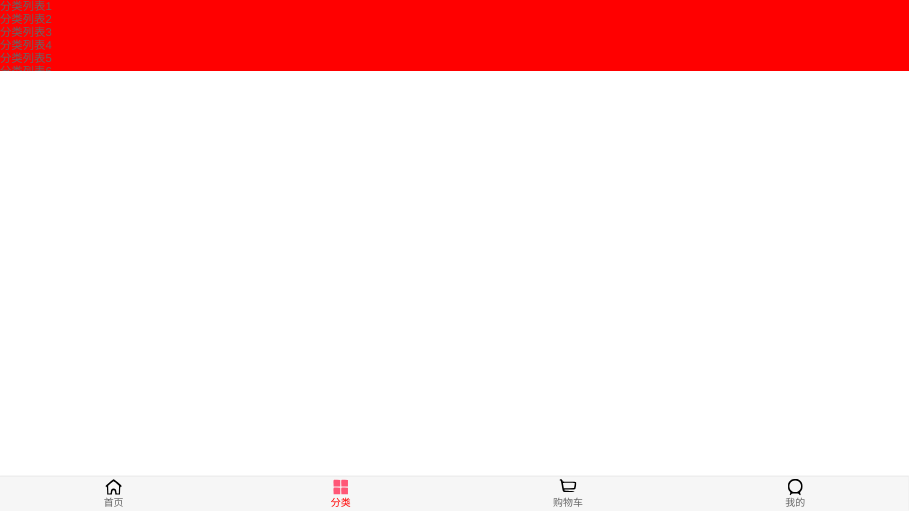
Repository: 2074623967/mymall
Page: /category
These files come from the project's save history. The page is drawn as it stood at one moment and after the next save; the edit follows.
The browser window is 1280 px wide. The pictures show the whole page, at 71% of full size.
The project was rebuilt for these pictures with package versions that can differ from the ones it lists, and the page was loaded fresh each time. Also part of the build but not shown: vue.config.js.

Above is the page before, as saved 2021-08-22 10:21:41.

### src/App.vue
<template>
  <div id="app">
    <router-view/>
    <main-tab-bar/>
  </div>
</template>

<script>
  import MainTabBar from 'components/content/mainTabbar/MainTabBar'

  export default {
    name: 'app',
    components: {
      MainTabBar
    }
  }
</script>

<style>
  @import "assets/css/base.css";
</style>

### src/assets/css/base.css
@import "./normalize.css";

/*:root -> 获取根元素html*/
:root {
  --color-text: #666;
  --color-high-text: #ff5777;
  --color-tint: #ff8198;
  --color-background: #fff;
  --font-size: 14px;
  --line-height: 1.5;
}

*,
*::before,
*::after {
  margin: 0;
  padding: 0;
  box-sizing: border-box;
}

body {
  font-family: "Helvetica Neue",Helvetica,"PingFang SC","Hiragino Sans GB","Microsoft YaHei","微软雅黑",Arial,sans-serif;
  user-select: none; /* 禁止用户鼠标在页面上选中文字/图片等 */
  -webkit-tap-highlight-color: transparent; /* webkit是苹果浏览器引擎，tap点击，highlight背景高亮，color颜色，颜色用数值调节 */
  background: var(--color-background);
  color: var(--color-text);
  /* rem vw/vh */
  width: 100vw;
}

a {
  color: var(--color-text);
  text-decoration: none;
}


.clear-fix::after {
  clear: both;
  content: '';
  display: block;
  width: 0;
  height: 0;
  visibility: hidden;
}

.clear-fix {
  zoom: 1;
}

.left {
  float: left;
}

.right {
  float: right;
}

### src/components/content/mainTabbar/MainTabBar.vue
<template>
  <tab-bar>
    <tab-bar-item path="/home">
      <img slot="item-icon" src="~assets/img/tabbar/home.svg" alt="">
      <img slot="item-icon-active" src="~assets/img/tabbar/home_active.svg" alt="">
      <div slot="item-text">首页</div>
    </tab-bar-item>
    <tab-bar-item path="/category">
      <img slot="item-icon" src="~assets/img/tabbar/category.svg" alt="">
      <img slot="item-icon-active" src="~assets/img/tabbar/category_active.svg" alt="">
      <div slot="item-text">分类</div>
    </tab-bar-item>
    <tab-bar-item path="/cart">
      <img slot="item-icon" src="~assets/img/tabbar/shopcart.svg" alt="">
      <img slot="item-icon-active" src="~assets/img/tabbar/shopcart_active.svg" alt="">
      <div slot="item-text">购物车</div>
    </tab-bar-item>
    <tab-bar-item path="/profile">
      <img slot="item-icon" src="~assets/img/tabbar/profile.svg" alt="">
      <img slot="item-icon-active" src="~assets/img/tabbar/profile_active.svg" alt="">
      <div slot="item-text">我的</div>
    </tab-bar-item>
  </tab-bar>
</template>

<script>
  import TabBar from 'components/common/tabbar/TabBar'
  import TabBarItem from 'components/common/tabbar/TabBarItem'

  export default {
    name: "MainTabBar",
    components: {
      TabBar,
      TabBarItem
    }
  }
</script>

<style scoped>

</style>

### src/views/category/Category.vue
<template>
  <!-- <h2>分类</h2> -->
 <ul class="content">
   <li>分类列表1</li>
   <li>分类列表2</li>
   <li>分类列表3</li>
   <li>分类列表4</li>
   <li>分类列表5</li>
   <li>分类列表6</li>
   <li>分类列表7</li>
   <li>分类列表8</li>
   <li>分类列表9</li>
   <li>分类列表10</li>
   <li>分类列表11</li>
   <li>分类列表12</li>
   <li>分类列表13</li>
   <li>分类列表14</li>
   <li>分类列表15</li>
   <li>分类列表16</li>
   <li>分类列表17</li>
   <li>分类列表18</li>
   <li>分类列表19</li>
   <li>分类列表20</li>
   <li>分类列表21</li>
   <li>分类列表22</li>
   <li>分类列表23</li>
   <li>分类列表24</li>
   <li>分类列表25</li>
   <li>分类列表26</li>
   <li>分类列表27</li>
   <li>分类列表28</li>
   <li>分类列表29</li>
   <li>分类列表30</li>
   <li>分类列表31</li>
   <li>分类列表32</li>
   <li>分类列表33</li>
   <li>分类列表34</li>
   <li>分类列表35</li>
   <li>分类列表36</li>
   <li>分类列表37</li>
   <li>分类列表38</li>
   <li>分类列表39</li>
   <li>分类列表40</li>
   <li>分类列表41</li>
   <li>分类列表42</li>
   <li>分类列表43</li>
   <li>分类列表44</li>
   <li>分类列表45</li>
   <li>分类列表46</li>
   <li>分类列表47</li>
   <li>分类列表48</li>
   <li>分类列表49</li>
   <li>分类列表50</li>
   <li>分类列表51</li>
   <li>分类列表52</li>
   <li>分类列表53</li>
   <li>分类列表54</li>
   <li>分类列表55</li>
   <li>分类列表56</li>
   <li>分类列表57</li>
   <li>分类列表58</li>
   <li>分类列表59</li>
   <li>分类列表60</li>
   <li>分类列表61</li>
   <li>分类列表62</li>
   <li>分类列表63</li>
   <li>分类列表64</li>
   <li>分类列表65</li>
   <li>分类列表66</li>
   <li>分类列表67</li>
   <li>分类列表68</li>
   <li>分类列表69</li>
   <li>分类列表70</li>
   <li>分类列表71</li>
   <li>分类列表72</li>
   <li>分类列表73</li>
   <li>分类列表74</li>
   <li>分类列表75</li>
   <li>分类列表76</li>
   <li>分类列表77</li>
   <li>分类列表78</li>
   <li>分类列表79</li>
   <li>分类列表80</li>
   <li>分类列表81</li>
   <li>分类列表82</li>
   <li>分类列表83</li>
   <li>分类列表84</li>
   <li>分类列表85</li>
   <li>分类列表86</li>
   <li>分类列表87</li>
   <li>分类列表88</li>
   <li>分类列表89</li>
   <li>分类列表90</li>
   <li>分类列表91</li>
   <li>分类列表92</li>
   <li>分类列表93</li>
   <li>分类列表94</li>
   <li>分类列表95</li>
   <li>分类列表96</li>
   <li>分类列表97</li>
   <li>分类列表98</li>
   <li>分类列表99</li>
   <li>分类列表100</li>
 </ul>
</template>

<script>
import BScroll from 'better-scroll'
export default {
  name: 'Category',
  components:{

  },
  created(){
    new BScroll('.content',{

    })
  },
  data(){

  },
  methods:{

  }
};
</script>

<style scoped>
.content{
  height: 100px;
  background-color: red;
  /* overflow: hidden; */
  overflow-y: scroll;
}
</style>

### src/components/common/tabbar/TabBarItem.vue
<template>
  <!--所有的item都展示同一个图片, 同一个文字-->
  <div class="tab-bar-item" @click="itemClick">
    <div v-if="!isActive"><slot name="item-icon"></slot></div>
    <div v-else><slot name="item-icon-active"></slot></div>
    <div :style="activeStyle"><slot name="item-text"></slot></div>
  </div>
</template>

<script>
  export default {
    name: "TabBarItem",
    props: {
      path: String,
      activeColor: {
        type: String,
        default: 'red'
      }
    },
    data() {
      return {
        // isActive: true
      }
    },
    computed: {
      isActive() {
        // /home -> item1(/home) = true
        // /home -> item1(/category) = false
        // /home -> item1(/cart) = true
        // /home -> item1(/profile) = true
        return this.$route.path.indexOf(this.path) !== -1
      },
      activeStyle() {
        return this.isActive ? {color: this.activeColor} : {}
      }
    },
    methods: {
      itemClick() {
        this.$router.replace(this.path)
      }
    }
  }
</script>

<style scoped>
  .tab-bar-item {
    flex: 1;
    text-align: center;
    height: 49px;
    font-size: 14px;
  }

  .tab-bar-item img {
    width: 24px;
    height: 24px;
    margin-top: 3px;
    vertical-align: middle;
    margin-bottom: 2px;
  }
</style>

Loaded but not shown: src/main.js (common file); src/router/index.js (common file); src/assets/css/normalize.css (library); src/components/common/tabbar/TabBar.vue (common file)

After the next save:
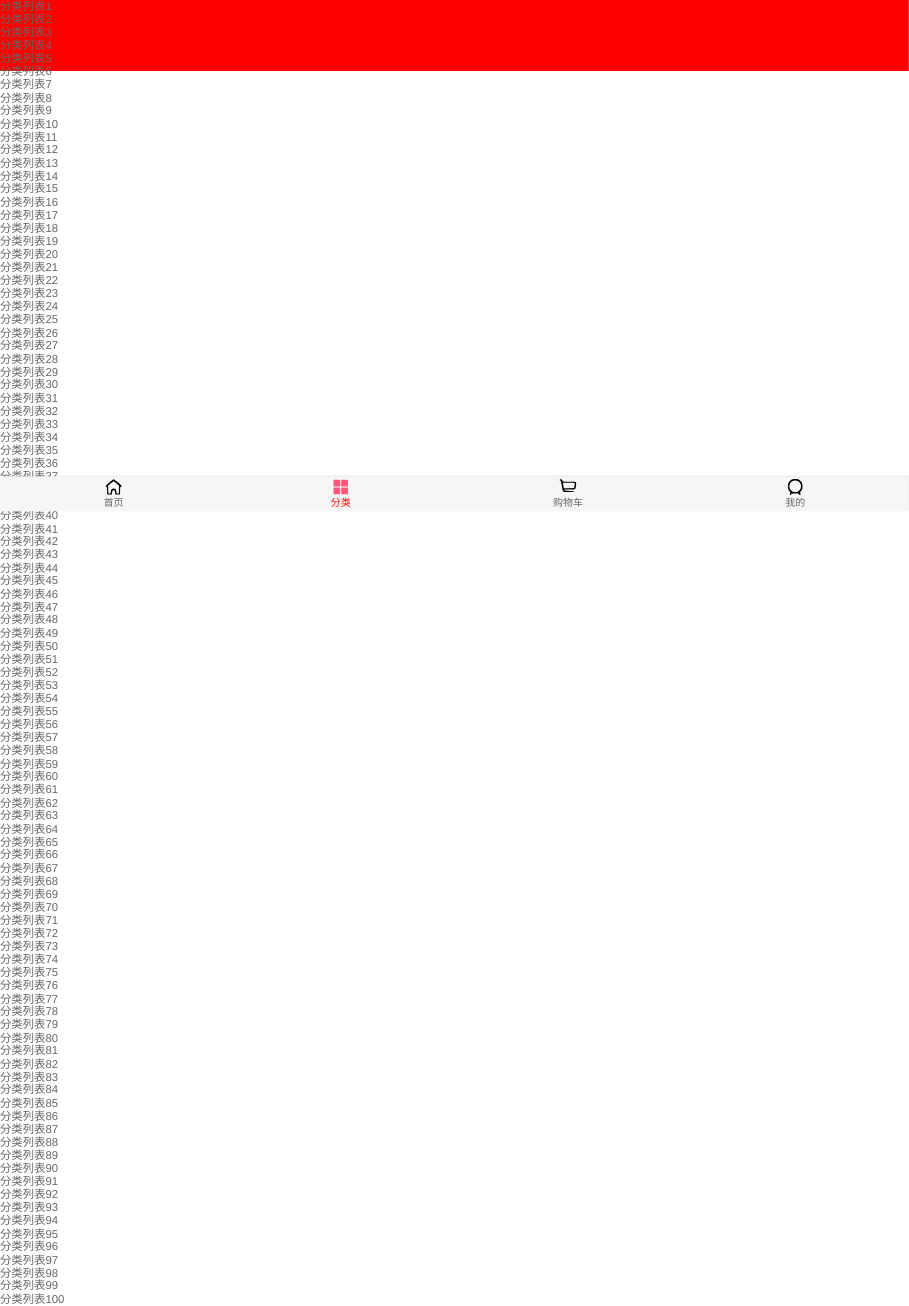
Saved 51 s later.
--- a/src/views/category/Category.vue
+++ b/src/views/category/Category.vue
@@ -130,6 +130,6 @@ export default {
   height: 100px;
   background-color: red;
   /* overflow: hidden; */
-  overflow-y: scroll;
+  /* overflow-y: scroll; */
 }
 </style>
